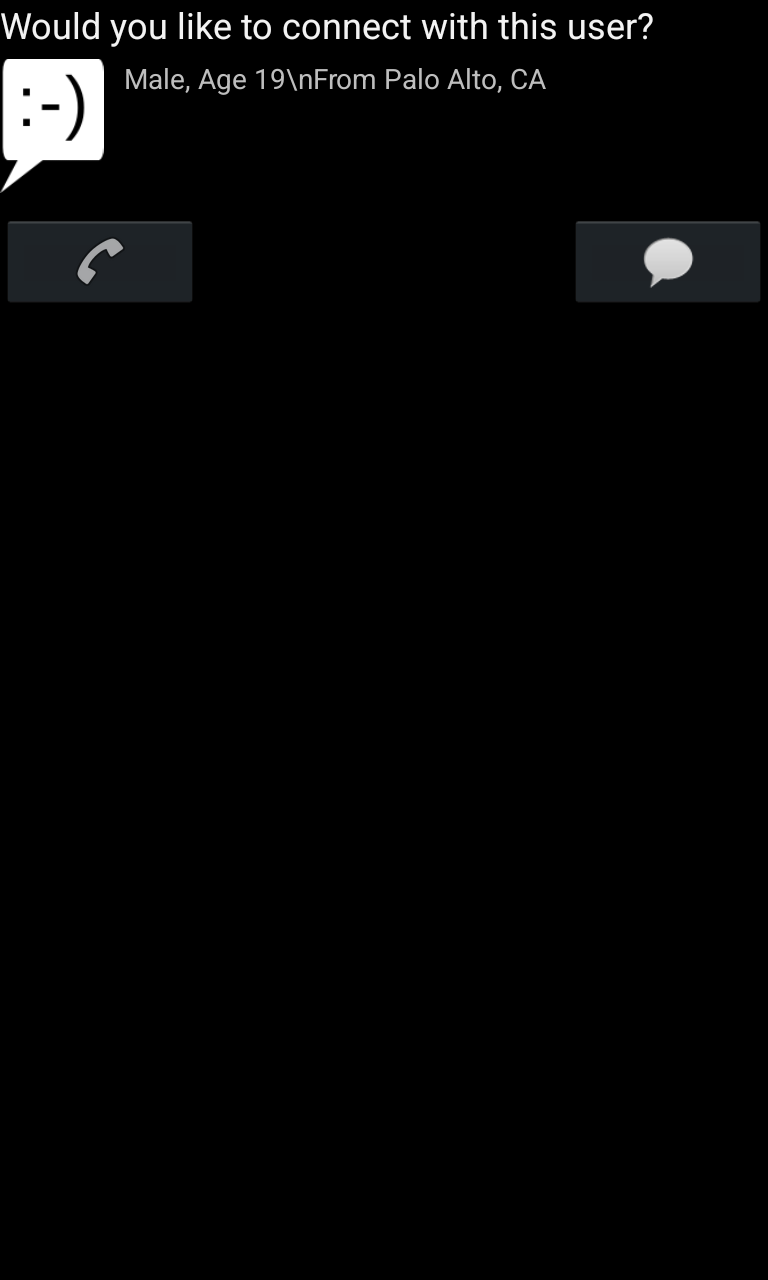
Repository: thomasteisberg/FamiliarFaces
Layout: Android/FamiliarFacesAndroid/res/layout/proposeconnection.xml
These files come from the project's save history. The layout is drawn as it stood at one moment and after the next save; the edit follows.
It is drawn on a 768 x 1280 px phone screen (xhdpi) without system bars, with theme android:Theme.Holo; the app's code is not run.

Above is the layout before, as saved 2014-02-15 14:16:14.

### Android/FamiliarFacesAndroid/res/layout/proposeconnection.xml
<?xml version="1.0" encoding="utf-8"?>
<LinearLayout xmlns:android="http://schemas.android.com/apk/res/android"
    android:layout_width="match_parent"
    android:layout_height="match_parent"
    android:orientation="vertical">

    <TextView
        android:id="@+id/textView1"
        android:layout_width="wrap_content"
        android:layout_height="wrap_content"
        android:text="Would you like to connect with this user?"
        android:textAppearance="?android:attr/textAppearanceMedium" />

    <LinearLayout
        android:layout_width="match_parent"
        android:layout_height="wrap_content"
        android:layout_marginTop="10px">

        <ImageView
            android:id="@+id/imageView1"
            android:layout_width="52dp"
            android:layout_height="67dp"
            android:src="@drawable/icon" />

        <TextView
            android:id="@+id/textView2"
            android:layout_width="wrap_content"
            android:layout_height="wrap_content"
            android:text="Male, Age 19\nFrom Palo Alto, CA"
            android:textAppearance="?android:attr/textAppearanceSmall"
            android:layout_marginLeft="10dip" />
    </LinearLayout>

    <RelativeLayout
        android:layout_width="match_parent"
        android:layout_height="wrap_content"
        android:layout_marginTop="10dip">

        <ImageButton
            android:id="@+id/imageButton1"
            android:layout_width="100dip"
            android:layout_height="wrap_content"
            android:layout_alignParentLeft="true"
            android:layout_below="@+id/imageButton1"
            android:src="@android:drawable/ic_menu_call" />

        <ImageButton
            android:id="@+id/imageButton2"
            android:layout_width="100dip"
            android:layout_height="wrap_content"
            android:layout_centerVertical="true"
            android:layout_alignParentRight="true"
            android:src="@android:drawable/sym_action_chat" />

    </RelativeLayout>

</LinearLayout>

After the next save:
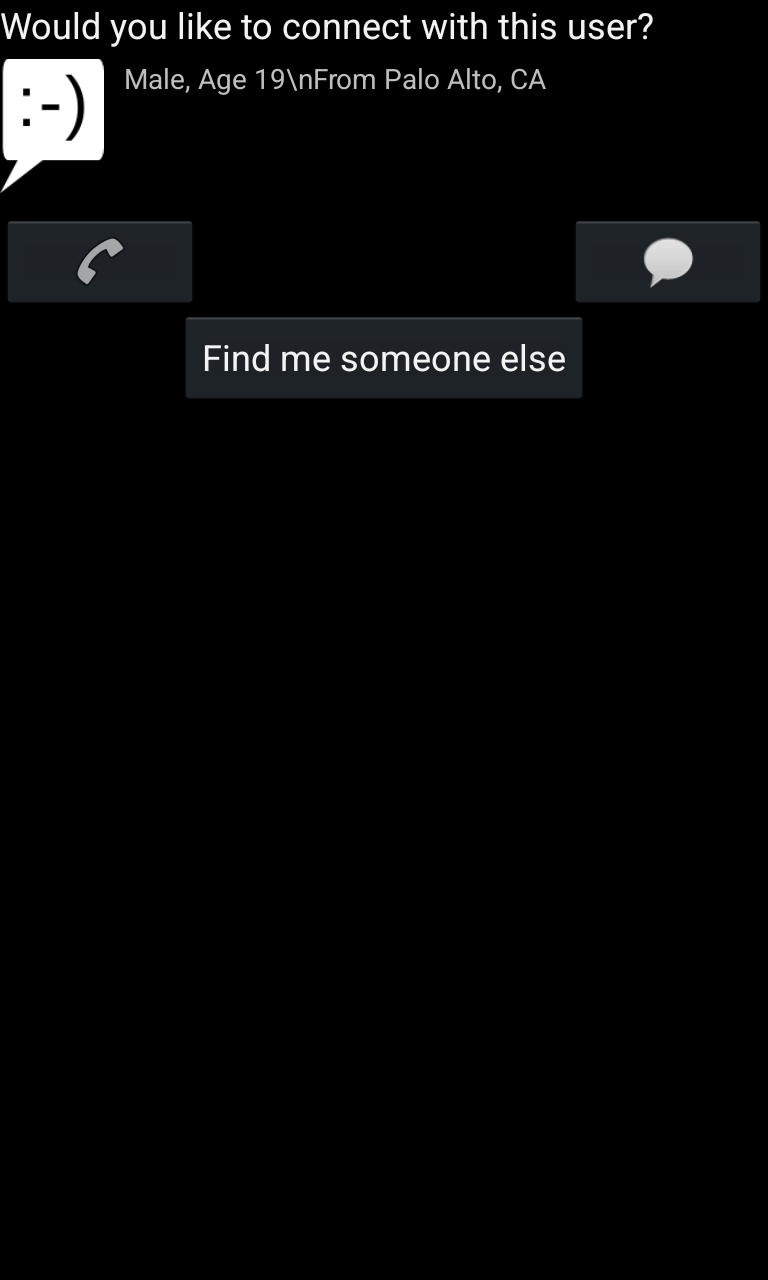
Saved 33 s later.
--- a/Android/FamiliarFacesAndroid/res/layout/proposeconnection.xml
+++ b/Android/FamiliarFacesAndroid/res/layout/proposeconnection.xml
@@ -54,4 +54,11 @@
 
     </RelativeLayout>
 
+    <Button
+        android:id="@+id/button1"
+        android:layout_width="wrap_content"
+        android:layout_height="wrap_content"
+        android:layout_gravity="center_horizontal"
+        android:text="Find me someone else" />
+
 </LinearLayout>
